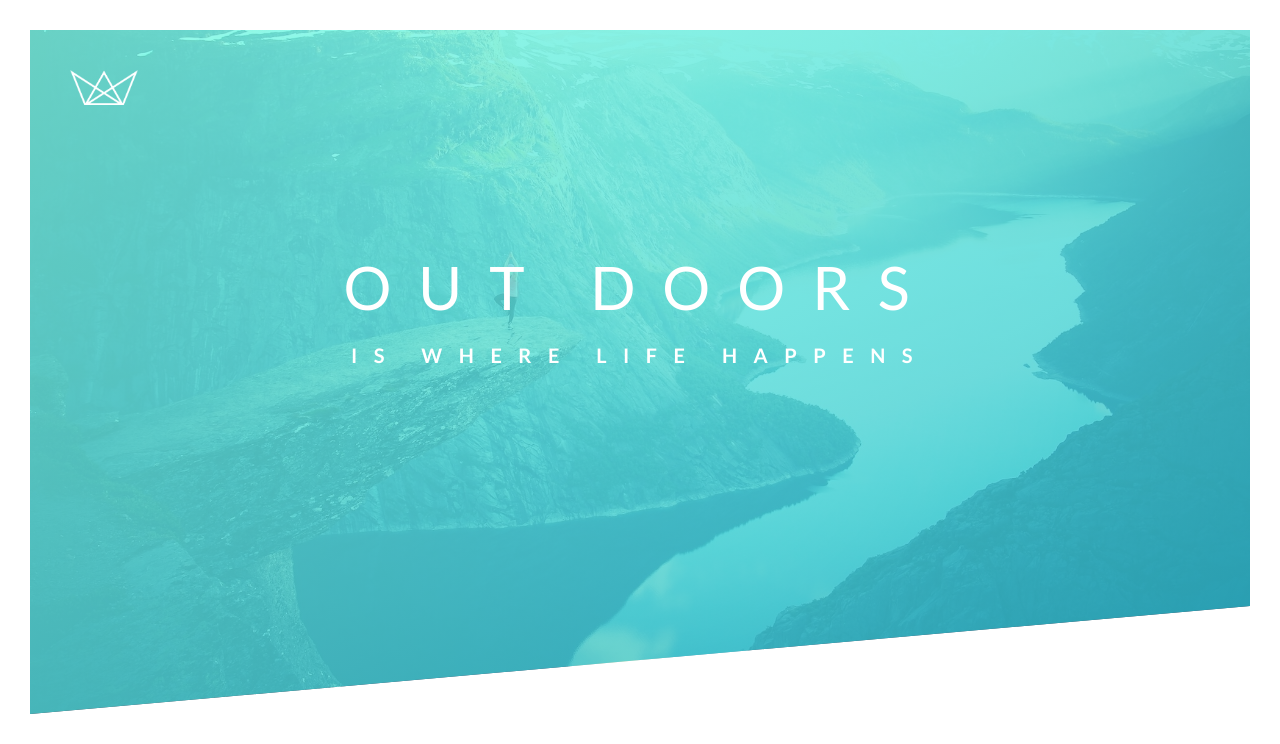
Repository: haokiet2501/natours-page
Page: index.html
These files come from the project's save history. The page is drawn as it stood at one moment and after the next save; the edit follows.
The browser window is 1280 px wide. The pictures show the whole page.

Above is the page before, as saved 2022-07-31 17:18:56.

### index.html
<!DOCTYPE html>
<html lang="en">
<head>
    <meta charset="UTF-8">
    <meta http-equiv="X-UA-Compatible" content="IE=edge">
    <meta name="viewport" content="width=device-width, initial-scale=1.0">
    <link rel="shortcut icon" href="img/favicon.png" type="image/x-icon">
    <link rel="stylesheet" href="styles.css">
    <title>Natours</title>
</head>
<body>
    <header class="header">
        <div class="logo">
            <img src="img/logo-white.png" alt="Logo" class="logo-img">
        </div>
        <div class="heading">
            <h1 class="heading-text">
                <span class="heading-subtitle">
                    Out doors
                </span>
                <span class="heading-subtext">
                    is where life happens
                </span>
            </h1>
        </div>
    </header>
</body>
</html>

### styles.css
@import url('https://fonts.googleapis.com/css2?family=Lato:wght@300;400;700;900&display=swap');

* {
    margin: 0;
    padding: 0;
    box-sizing: border-box;
}

:root {
    --lighten-blue: #69ffd7;
    --medium-blue: #3badd4;
    --dark-blue: #1b92c2;
}

body {
    font-family: "Lato", sans-serif;
    line-height: 1.7;
    font-weight: 400;
    font-size: 16px;
    color: #777;
    padding: 30px;
}

html {
    scroll-behavior: smooth;
}

.header {
    position: relative;
    height: 95vh;
    background-image: linear-gradient(
        to right bottom,
        rgba(126, 255, 232, 0.8),
        rgba(40, 187, 208, 0.8)
        ) ,url("./img/hero.jpg");
    background-size: cover;
    background-position: top;
    clip-path: polygon(0 0, 100% 0, 100% 80vh, 0 100%);
}

.logo {
    position: absolute;
    top: 40px;
    left: 40px;
}

.logo-img {
    height: 35px;
}

.heading {
    position: absolute;
    top: 40%;
    left: 50%;
    transform: translate(-50%, -50%);
}

.heading-text {
    color: #fff;
    text-transform: uppercase;
}

.heading-subtitle {
    display: block;
    font-size: 60px;
    font-weight: 400;
    letter-spacing: 27px;
    text-align: center;
}

.heading-subtext {
    display: block;
    font-size: 20px;
    font-weight: 700;
    letter-spacing: 16.5px;
    text-align: center;
}

After the next save:
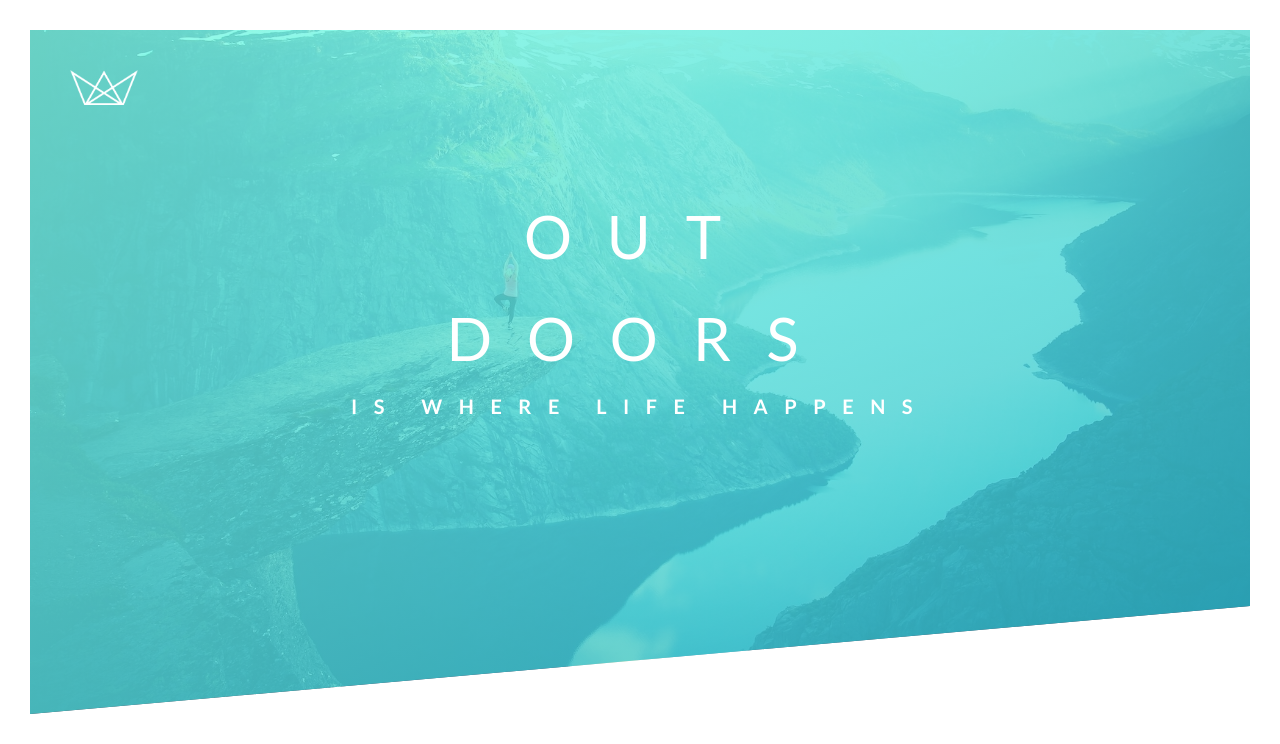
Saved 14 s later.
--- a/styles.css
+++ b/styles.css
@@ -64,7 +64,7 @@ html {
     display: block;
     font-size: 60px;
     font-weight: 400;
-    letter-spacing: 27px;
+    letter-spacing: 35px;
     text-align: center;
 }
 
